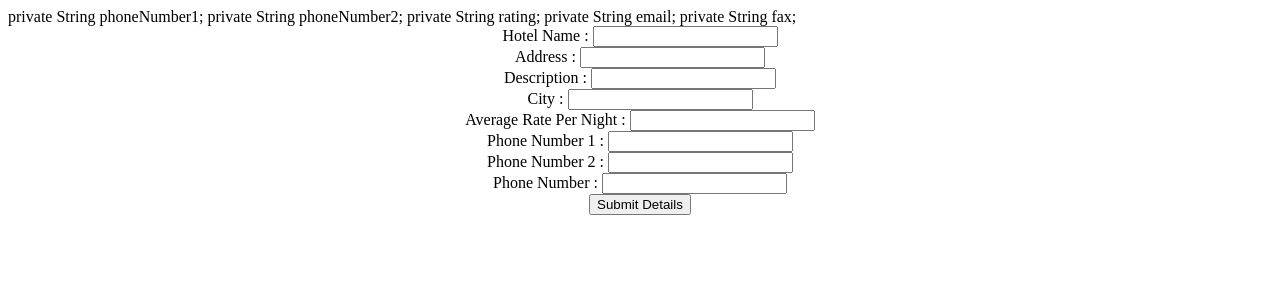
Repository: dishangjain/SpringProject
Page: http://localhost/HotelBookingManagementSystem/JSPs/AddNewHotel.jsp
An editor plug-in stored every save of this project. The page is shown before and after the next save, followed by the edit.
The browser window is 1280 px wide. The pictures show the whole page.
The page is served by Tomcat 9. Nobody is signed in. The application's start-up code is not run. Other server files are loaded and not shown. The template is opened directly, without the code that normally fills it, so the values that code supplies are empty.

Above is the page before, as saved 2017-10-14 09:29:47.

### HotelBookingManagementSystem/WebContent/JSPs/AddNewHotel.jsp
<%@ page language="java" contentType="text/html; charset=ISO-8859-1"
    pageEncoding="ISO-8859-1"%>
    <%@ taglib uri="http://www.springframework.org/tags/form" prefix="form"%>
<!DOCTYPE html PUBLIC "-//W3C//DTD HTML 4.01 Transitional//EN" "http://www.w3.org/TR/html4/loose.dtd">
<html>
	<head>
		<meta http-equiv="Content-Type" content="text/html; charset=ISO-8859-1">
		<title>Insert title here</title>
	</head>
	<body>


	private String phoneNumber1;
	private String phoneNumber2;
	private String rating;
	private String email;
	private String fax;



		<center>
			<form:form method="post" modelAttribute="hotelBean" action="addHotelDetails.do">

	  			<label for="hotelName">Hotel Name :</label>
		  		<form:input path="hotelName" id="hotelName" type="text"/><br/>

		  		<label for="address">Address :</label>
		  		<form:input path="address" id="address" type="text"/><br/>

		  		<label for="description">Description :</label>
		  		<form:input path="description" id="description" type="text"/><br/>

		  		<label for="city">City :</label>
		  		<form:input path="city" id="city" type="text"/><br/>

		  		<label for="avgRatePerNight">Average Rate Per Night :</label>
		  		<form:input path="avgRatePerNight" id="avgRatePerNight" type="text"/><br/>

		  		<label for="phoneNumber1">Phone Number 1 :</label>
		  		<form:input path="phoneNumber1" id="phoneNumber1" type="text"/><br/>

		  		<label for="phoneNumber2">Phone Number 2 :</label>
		  		<form:input path="phoneNumber2" id="phoneNumber2" type="text"/><br/>

		  		<label for="phoneNumber">Phone Number :</label>
		  		<form:input path="phoneNumber" id="phoneNumber" type="text"/><br/>

		  		<input type="submit" value="Submit Details"/>
			</form:form>
		</center>



	</body>
</html>

After the next save:
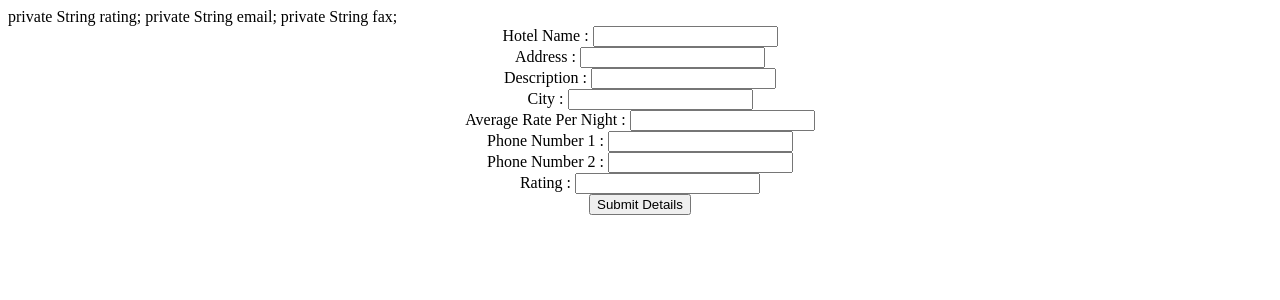
Saved 23 s later.
--- a/HotelBookingManagementSystem/WebContent/JSPs/AddNewHotel.jsp
+++ b/HotelBookingManagementSystem/WebContent/JSPs/AddNewHotel.jsp
@@ -10,8 +10,7 @@
 	<body>
 
 
-	private String phoneNumber1;
-	private String phoneNumber2;
+
 	private String rating;
 	private String email;
 	private String fax;
@@ -42,8 +41,8 @@
 		  		<label for="phoneNumber2">Phone Number 2 :</label>
 		  		<form:input path="phoneNumber2" id="phoneNumber2" type="text"/><br/>
 
-		  		<label for="phoneNumber">Phone Number :</label>
-		  		<form:input path="phoneNumber" id="phoneNumber" type="text"/><br/>
+		  		<label for="rating">Rating :</label>
+		  		<form:input path="rating" id="rating" type="text"/><br/>
 
 		  		<input type="submit" value="Submit Details"/>
 			</form:form>
